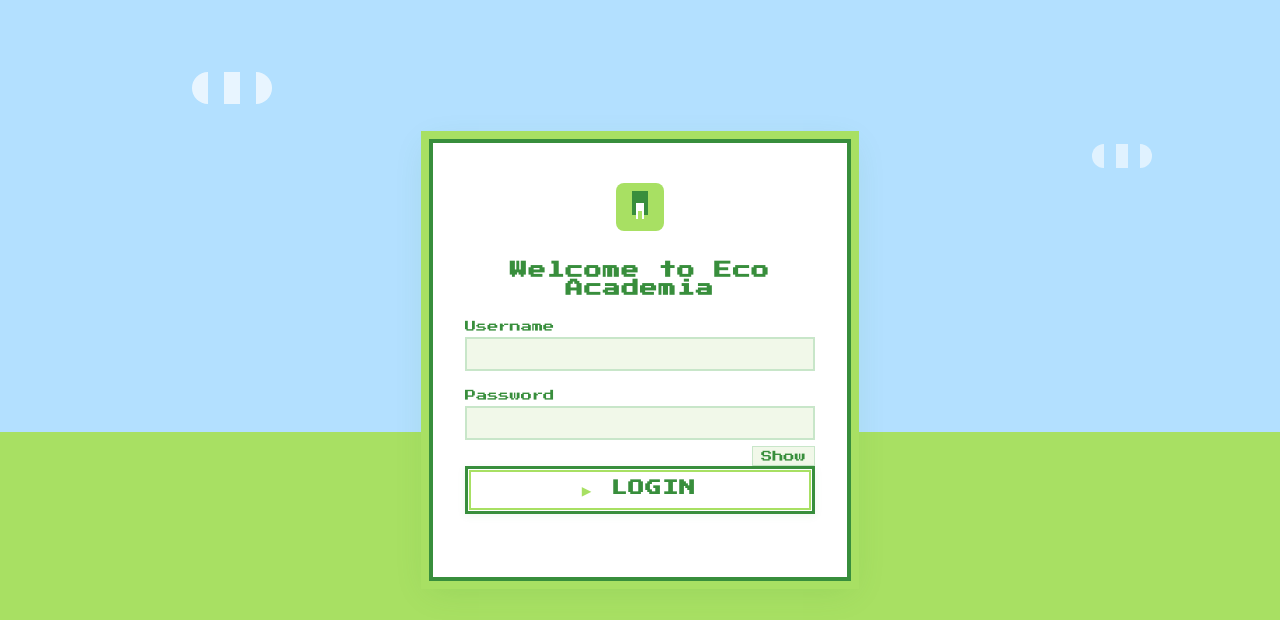
Repository: hotaruhshs/eco-academia
Page: login/index.html
An editor plug-in stored every save of this project. The page is shown before and after the next save, followed by the edit.
The browser window is 1280 px wide. The pictures show the whole page.

Above is the page before, as saved 2025-07-06 01:24:31.

After the next save:
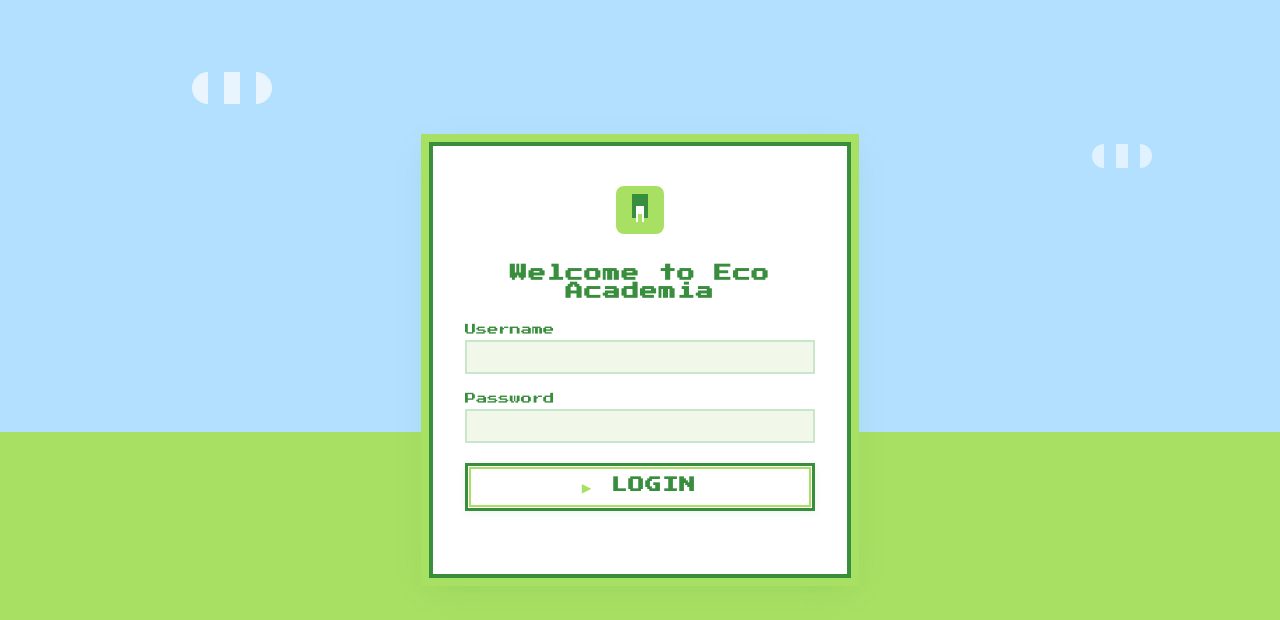
Saved 77 s later.
--- a/login/index.html
+++ b/login/index.html
@@ -30,7 +30,6 @@
           <div class="input-group">
             <label for="password">Password</label>
             <input type="password" id="password" name="password" required />
-            <button type="button" id="togglePassword" aria-label="Show password" style="margin-top:6px;font-size:0.7rem;padding:0.2rem 0.5rem;float:right;background:#f1f8e9;border:1.5px solid #c8e6c9;color:#388e3c;cursor:pointer;font-family:'Press Start 2P','Consolas',monospace;">Show</button>
           </div>
           <button type="submit">Login</button>
         </form>
